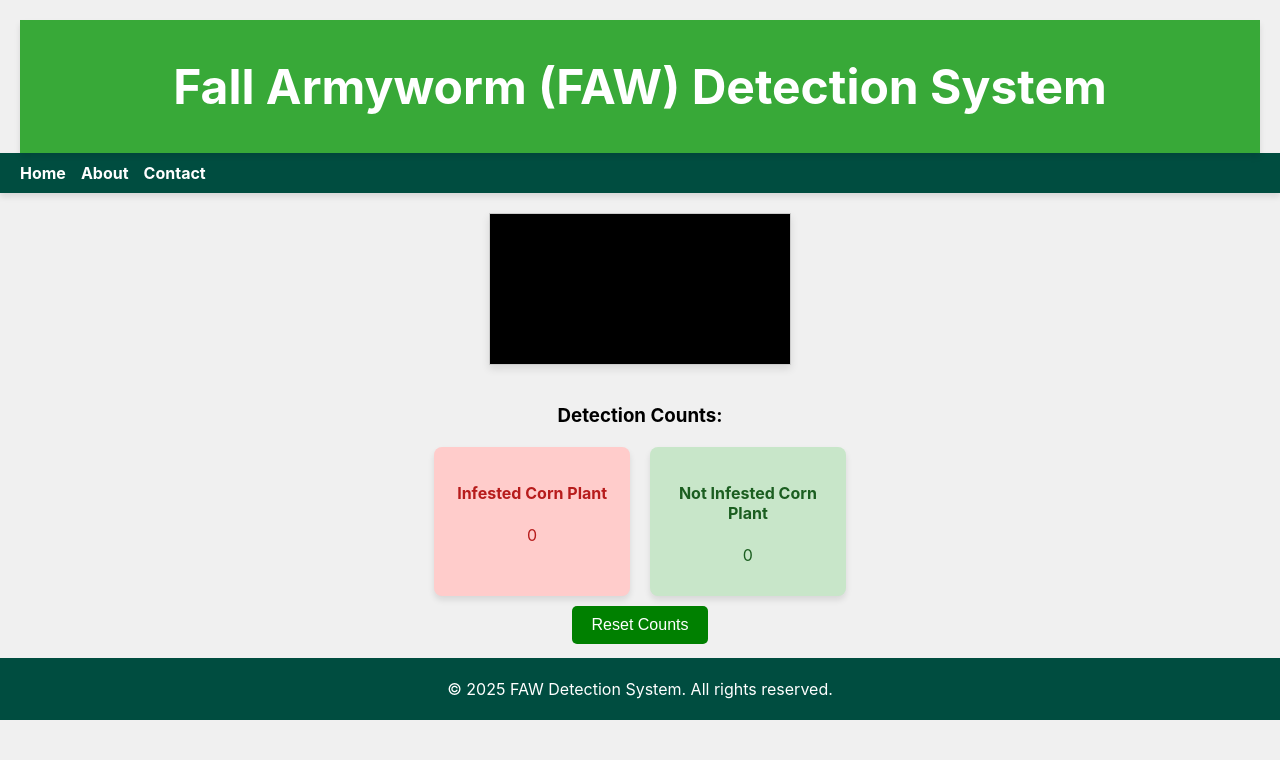
Repository: jansen223/faw-detection-main
Page: /
An editor plug-in stored every save of this project. The page is shown before and after the next save, followed by the edit.
The browser window is 1280 px wide. The pictures show the whole page.
The page's requests for data from a server got no answer. The project was rebuilt for these pictures with package versions that can differ from the ones it lists, and the page was loaded fresh each time. No one was signed in, and anything a server would have sent is missing.

Above is the page before, as saved 2025-04-10 00:09:32.

### public/index.html
<!DOCTYPE html>
<html lang="en">
<head>
  <meta charset="utf-8" />
  <link rel="icon" href="%PUBLIC_URL%/maize_icon.jpg" />
  <meta name="viewport" content="width=device-width, initial-scale=1" />
  <meta name="theme-color" content="#000000" />
  <meta name="description" content="FAW Detection Web Interface" />
  <title>FAW Detection</title>
</head>
<body>
  <noscript>You need to enable JavaScript to run this app.</noscript>
  <div id="root"></div>
</body>
</html>

### src/App.js
import React, { useEffect, useRef } from 'react';
import io from 'socket.io-client';
import './App.css';

function App() {
  const canvasRef = useRef(null);
  const socketRef = useRef(null);
  const [counts, setCounts] = React.useState({ infested: 0, notInfested: 0 });

  useEffect(() => {
    // Connect to Flask server
    socketRef.current = io('http://192.168.0.17:5000');

    // Handle video frames
    socketRef.current.on('video_frame', (data) => {
      const img = new Image();
      img.src = `data:[embedded picture, 38 characters]

      img.onload = () => {
        const canvas = canvasRef.current;
        if (!canvas) return;
        const ctx = canvas.getContext('2d');
        canvas.width = img.width;
        canvas.height = img.height;
        ctx.drawImage(img, 0, 0);
      };
    });

    // Handle detection counts
    socketRef.current.on('detection_counts', (data) => {
      setCounts({
        infested: data.infested_count,
        notInfested: data.not_infested_count
      });
    });

    return () => {
      if (socketRef.current) socketRef.current.disconnect();
    };
  }, []);

  const resetCounts = async () => {
    try {
      const response = await fetch('http://192.168.0.17:5000/reset_counts', {
        method: 'POST',
      });
      const data = await response.json();
      if (data.message) {
        setCounts({ infested: 0, notInfested: 0 });
        alert(data.message);
      }
    } catch (error) {
      console.error('Error resetting counts:', error);
    }
  };

  return (
    <div className="App">
      <header className="App-header">
        <h1>Fall Armyworm (FAW) Detection System</h1>
      </header>
      <nav className="App-navbar">
        <ul>
          <li><a href="#home">Home</a></li>
          <li><a href="#about">About</a></li>
          <li><a href="#contact">Contact</a></li>
        </ul>
      </nav>
      <canvas ref={canvasRef} style={{ maxWidth: '100%', border: '1px solid #ccc' }} />
      <div style={{ marginTop: 20 }}>
        <h3>Detection Counts:</h3>
        <div className="detection-cards">
          <div className="card infested">
            <h4>Infested Corn Plant</h4>
            <p>{counts.infested}</p>
          </div>
          <div className="card not-infested">
            <h4>Not Infested Corn Plant</h4>
            <p>{counts.notInfested}</p>
          </div>
        </div>
        <button onClick={resetCounts} className="reset-button">
          Reset Counts
        </button>
      </div>
      <footer className="App-footer">
        <p>&copy; 2025 FAW Detection System. All rights reserved.</p>
      </footer>
    </div>
  );
}

export default App;

### src/App.css
.App {
  text-align: center;
  background-color: #f0f0f0;
  min-height: 100vh;
  display: flex;
  flex-direction: column;
  align-items: center;
  padding: 20px;
}

canvas {
  box-shadow: 0 4px 8px rgba(0,0,0,0.1);
  background: black; /* Shows while loading */
  margin-top: 20px;
}

.stats {
  margin-top: 20px;
  padding: 15px;
  background: white;
  border-radius: 8px;
  box-shadow: 0 2px 4px rgba(0,0,0,0.1);
}

.App-logo {
  height: 40vmin;
  pointer-events: none;
}

@media (prefers-reduced-motion: no-preference) {
  .App-logo {
    animation: App-logo-spin infinite 20s linear;
  }
}

.App-header {
  background-color: rgba(9, 151, 9, 0.795);
  color: white;
  padding: 5px 20px;
  text-align: center;
  font-size: 1.5rem;
  font-weight: bold;
  box-shadow: 0 4px 6px rgba(0, 0, 0, 0.1);

  top: 0;
  z-index: 1000;
  width: 100%;
  box-sizing: border-box;
}

.App-link {
  color: #61dafb;
}

@keyframes App-logo-spin {
  from {
    transform: rotate(0deg);
  }
  to {
    transform: rotate(360deg);
  }
}

.reset-button {
  margin-top: 10px;
  padding: 10px 20px;
  background-color: green;
  color: white;
  border: none;
  border-radius: 5px;
  cursor: pointer;
  font-size: 1rem;
  transition: background-color 0.3s ease;
}

.reset-button:hover {
  background-color: darkgreen;
}

.App-navbar {
  background-color: #004d40;
  color: white;
  padding: 10px 20px;
  display: flex;
  justify-content: space-between;
  align-items: center;
  box-shadow: 0 4px 6px rgba(0, 0, 0, 0.1);
  width: 100%;
}

.App-navbar ul {
  list-style: none;
  display: flex;
  gap: 15px;
  margin: 0;
  padding: 0;
}

.App-navbar a {
  color: white;
  text-decoration: none;
  font-weight: bold;
}

.App-navbar a:hover {
  text-decoration: underline;
}

.detection-cards {
  display: flex;
  gap: 20px;
  margin-top: 20px;
}

.card {
  padding: 15px;
  border-radius: 8px;
  box-shadow: 0 4px 6px rgba(0, 0, 0, 0.1);
  text-align: center;
  flex: 1;
}

.card.infested {
  background-color: #ffcccb;
  color: #b71c1c;
}

.card.not-infested {
  background-color: #c8e6c9;
  color: #1b5e20;
}

.App-footer {
  background-color: #004d40;
  color: white;
  padding: 5px 20px;
  text-align: center;
  position: fixed;
  bottom: 0;
  width: 100%;
}

Loaded but not shown: src/index.js (common file); src/index.css (common file); src/reportWebVitals.js (common file)

After the next save:
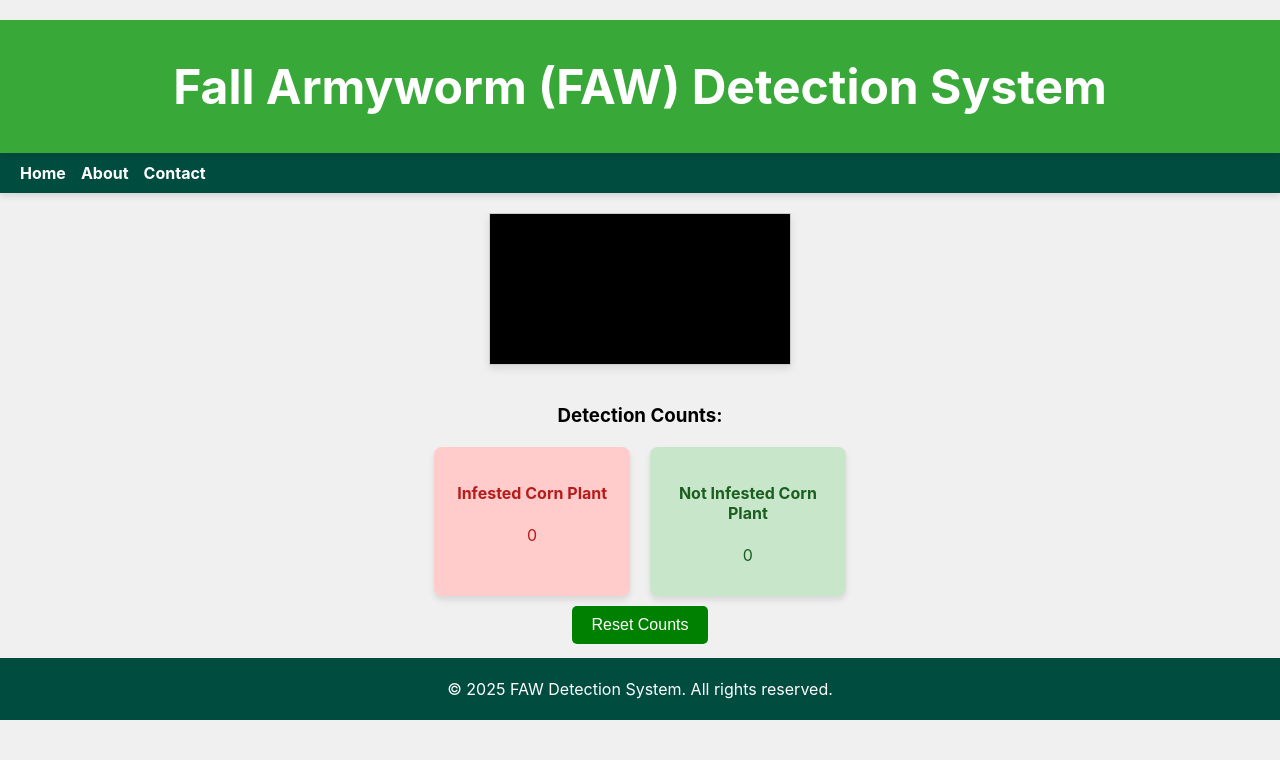
Saved 20 s later.
--- a/src/App.css
+++ b/src/App.css
@@ -41,11 +41,10 @@ canvas {
   font-size: 1.5rem;
   font-weight: bold;
   box-shadow: 0 4px 6px rgba(0, 0, 0, 0.1);
-
+  position: sticky;
   top: 0;
   z-index: 1000;
   width: 100%;
-  box-sizing: border-box;
 }
 
 .App-link {
